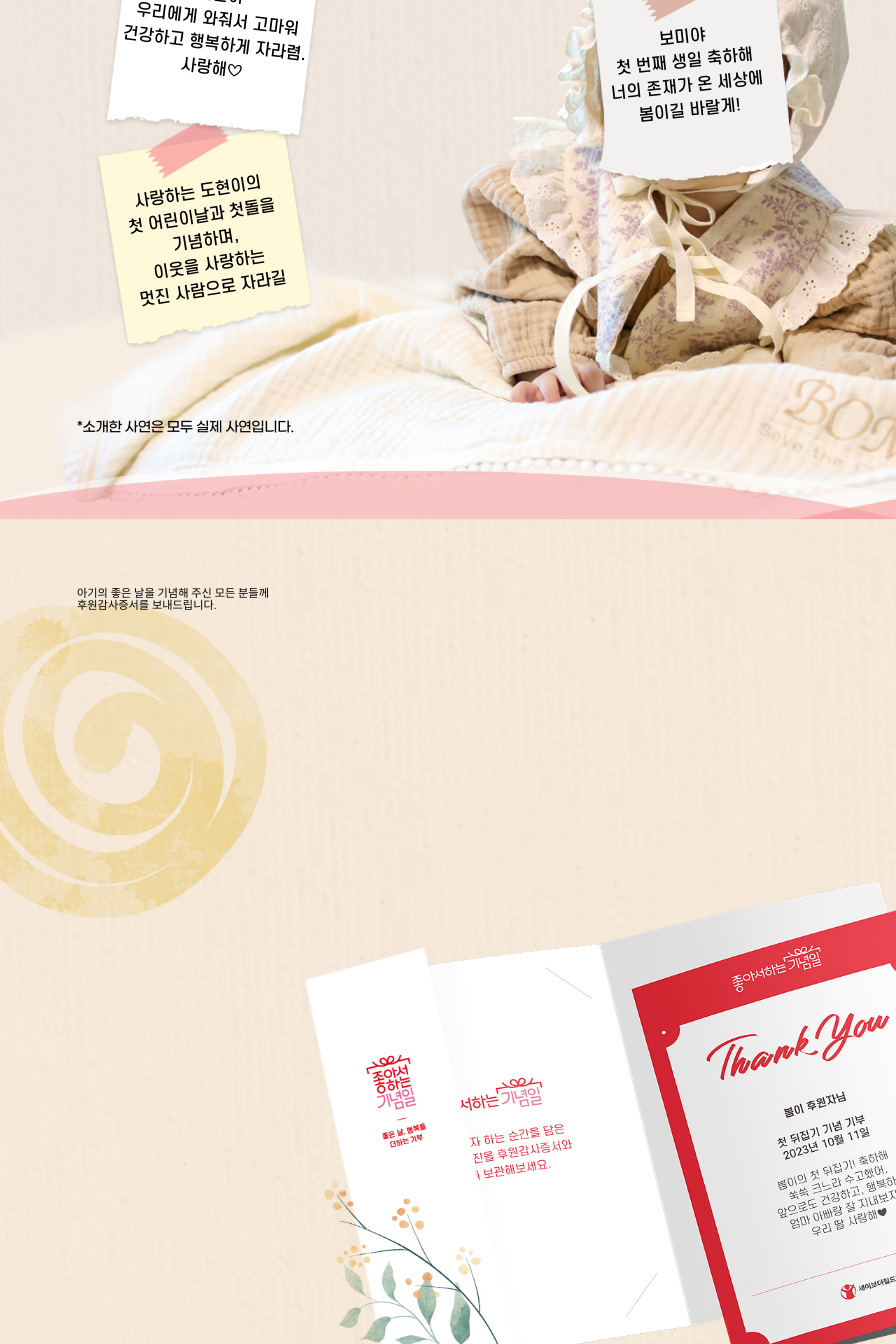
Repository: dlgywls1130/save_the_children
Page: index.html
The author's editor kept a copy of each file at every save. The page is drawn from the files as they stood at one save, then again after the next save.
The browser window is 1280 px wide. The pictures show the part of the page from y = 1679 to 3599 px (the page is 4840 px tall), at 70% of full size.

Above is the page before, as saved 2023-12-13 10:19:51.

### index.html
<!DOCTYPE html>
<html lang="en">
<head>
    <meta charset="UTF-8">
    <meta name="viewport" content="width=device-width, initial-scale=1.0">
    <title>세이브더칠드런</title>

    <link rel="stylesheet" href="./css/reset.css">
    <link rel="stylesheet" href="./css/style.css">
</head>
<body>
    <div class="content_body">
        <section class="section_wrapper section01">
            <div class="se01 se_wrapper">
                <div class="se01_sub">
                    <div class="sub_logo">
                        <img src="./img/logo01.png" alt="logo">
                    </div>
                    <p>우리 아기 좋은 날 기부</p>
                </div>
                <p class="seo01_title">
                    아가야,
                </p>
                <p class="seo01_title_two">
                    너의 <span>탄생</span> 순간을 축하해!
                </p>
                <p class="section_descript mb-45">
                    처음 아기의 심장 소리를 들었던 순간,
                    <br>여린 아가의 성장이 실감나던 배냇짓,
                    <br>기적 같았던 백일,
                    <br>그리고 아이의 첫 생일인 첫돌...
                </p>
                <p class="section_descript">
                    아이의 건강과 행복을 바라는 마음을 담아,
                    <br>내 아이의 소중한 순간을 기부로 기념해보세요.
                    <br>함께 자라나는 다른 아이들에게도 큰 축복이 됩니다.
                </p>

                <a class="donation_link" href="javascript:void(0)">우리 아기 좋은 날 기부</a>
            </div>
        </section>
        <section class="section_wrapper section02">
            <div class="se02 se_wrapper">
                <div class="postit_wrapper">
                    <div class="postit postit01">
                        <p>우리 아들 우현이의<br>
                        200일을 축하해.<br>
                        건강하게 자라줘서 고마워 ❤<br>
                        늘 사랑받고 받은 사랑만큼<br>
                        베풀 수 있는 건강하고<br>
                        멋진 아들이 되길 바래!</p>
                    </div>
                    <div class="postit postit02">
                        <p>우리 새로아<Br>
                        백일 동안 무럭무럭 자라줘서<Br>
                        고마워~앞으로도 건강하고<Br>
                        우리 같이 재미있게 많이 놀자.<Br>
                        엄마,아빠가 많이 사랑해.</p>
                    </div>
                    <div class="postit postit03">
                        <p>서진아<br>
                        우리에게 와줘서 고마워<br>
                        건강하고 행복하게 자라렴.<br>
                        사랑해♡      </p>
                    </div>
                    <div class="postit postit04">
                        <p>보미야<br>
                        첫 번째 생일 축하해<br>
                        너의 존재가 온 세상에<br>
                        봄이길 바랄게!   </p>
                    </div>
                    <div class="postit postit05">
                        <p>사랑하는 도현이의<br>
                        첫 어린이날과 첫돌을<br>
                        기념하며, <br>
                        이웃을 사랑하는<br>
                        멋진 사람으로 자라길</p>

                    </div>
                </div>
                <p class="ex_text">*소개한 사연은 모두 실제 사연입니다.</p>

            </div>
        </section>
        <section class="section_wrapper section03">
            <div class="se_wrapper se03">
                <div class="se03_title">
                    아기의 좋은 날을 기념해 주신 모든 분들께
                    <br>후원감사증서를 보내드립니다.
                </div>
            </div>

        </section>
        <section class="section_wrapper section04">

        </section>
        <section class="section_wrapper section05">

        </section>
        <section class="section_wrapper section06">

        </section>
        <section class="section_wrapper section07">

        </section>
        <section class="section_wrapper section08">

        </section>
    </div>
</body>
</html>

### css/reset.css


html, body, div, span, applet, object, iframe,
h1, h2, h3, h4, h5, h6, p, blockquote, pre,
a, abbr, acronym, address, big, cite, code,
del, dfn, em, img, ins, kbd, q, s, samp,
small, strike, strong, sub, sup, tt, var,
b, u, i, center,
dl, dt, dd, ol, ul, li,
fieldset, form, label, legend,
table, caption, tbody, tfoot, thead, tr, th, td,
article, aside, canvas, details, embed,
figure, figcaption, footer, header, hgroup,
menu, nav, output, ruby, section, summary,
time, mark, audio, video {
	margin: 0;
	padding: 0;
	border: 0;
	font-size: 100%;
	font: inherit;
	vertical-align: baseline;
}

article, aside, details, figcaption, figure,
footer, header, hgroup, menu, nav, section {
	display: block;
}
body {
	line-height: 1;
}
ol, ul {
	list-style: none;
}
blockquote, q {
	quotes: none;
}
blockquote:before, blockquote:after,
q:before, q:after {
	content: '';
	content: none;
}
table {
	border-collapse: collapse;
	border-spacing: 0;
}

### css/style.css

/* root */
:root{
    --main-color:#B17A60;
    --pink-color:#F79497;
}


/* font */

/* dongle */
@font-face {
    font-family: 'Dongle';
    font-weight: 300;
    src: url('../font/Dongle-Light.ttf') format('ttf'),
    url('../font/Dongle-Light.woff') format('woff');
}

@font-face {
    font-family: 'Dongle';
    font-weight: 500;
    src: url('../font/Dongle-Regular.ttf') format('ttf'),
    url('../font/Dongle-Regular.woff') format('woff');
}

@font-face {
    font-family: 'Dongle';
    font-weight: 700;
    src: url('../font/Dongle-Bold.ttf') format('ttf'),
    url('../font/Dongle-Bold.woff') format('woff');
}


/* Gmarket */
@font-face {
    font-family: 'GmarketSans';
    font-weight: 300;
    src: url('../font/GmarketSansLight.ttf') format('ttf'),
    url('../font/GmarketSansLight.woff') format('woff');
}

@font-face {
    font-family: 'GmarketSans';
    font-weight: 500;
    src: url('../font/GmarketSansMedium.ttf') format('ttf'),
    url('../font/GmarketSansMedium.woff') format('woff');
}

@font-face {
    font-family: 'GmarketSans';
    font-weight: 700;
    src: url('../font/GmarketSansBold.ttf') format('ttf'),
    url('../font/GmarketSansBold.woff') format('woff');
}


/* nanumsqure */

@font-face {
    font-family: 'NanumSquare';
    font-weight: 400;
    src: url('../font/NanumSquareL.ttf') format('ttf'),
    url('../font/NanumSquareL.woff') format('woff');
}

@font-face {
    font-family: 'NanumSquare';
    font-weight: 500;
    src: url('../font/NanumSquareR.ttf') format('ttf'),
    url('../font/NanumSquareR.woff') format('woff');
}

@font-face {
    font-family: 'NanumSquare';
    font-weight: 600;
    src: url('../font/NanumSquareB.ttf') format('ttf'),
    url('../font/NanumSquareB.woff') format('woff');
}

@font-face {
    font-family: 'NanumSquare';
    font-weight: 700;
    src: url('../font/NanumSquareEB.ttf') format('ttf'),
    url('../font/NanumSquareEB.woff') format('woff');
}



/* scdream5 */
@font-face {
    font-family: 'SCDream5';
    src: url('../font/SCDream5.woff') format('woff'),
    url('../font/SCDream5.ttf') format('ttf'),
    url('../font/SCDream5.otf') format('otf');
}


.section_wrapper{
    max-width:1920px;
    width: 100%;

}

.se_wrapper{
    max-width: 1060px;
    margin: 0 auto;
    width: 100%;
    position: relative;
}


/* common */
.mb-45{margin-bottom: 45px;}

/* section01 */


.section01{
    background: url('../img/back01.jpg') no-repeat;
    height: 1080px;

}

.se01{
    padding: 230px 0 70px;

}
.se01_sub{

    display: flex;
    align-items: center;
    margin-bottom: 30px;
}

.sub_logo{
    width: 198px;
    height: 65px;
    margin-right: 15px;
}

.sub_logo img{
    width: 100%;
    height: 100%;
    object-fit: contain;
}

.se01_sub p{
    width: 302px;
    height: 52px;
    background: #B17A60;
    border-radius: 20px;
    display: flex;
    align-items: center;
    justify-content: center;
    letter-spacing: -0.03em;
    font-size: 25px;
    font-weight: 700;
    font-family: 'GmarketSans',sans-serif;
    color: #fff;
}

.seo01_title{
    font-family: 'Dongle',sans-serif;
    font-weight: 500;
    font-size: 150px;
    color: var(--main-color);
    letter-spacing: -0.03em;
}

.seo01_title_two{
    font-family: 'Dongle',sans-serif;
    font-weight: 500;
    font-size: 120px;
    color: var(--main-color);
    letter-spacing: -0.03em;
    margin-top: -4%;
    margin-bottom: 50px;
}

.section_descript{
    font-size: 25px;
    line-height: 35px;
    font-family: 'GmarketSans';
    font-weight: 500;
    letter-spacing: -0.03em;
    color: #000;
}

.donation_link{
    width: 560px;
    height: 75px;
    border-radius: 100px;
    display: flex;
    align-items: center;
    justify-content: center;
    background: var(--pink-color);
    color: #fff;
    font-family: 'GmarketSans';
    font-size: 35px;
    font-weight: 700;
    letter-spacing: -0.03em;
    text-decoration: none;
    margin: 45px auto 0;
}
/* section02 */

.section02{
    height: 1340px;
    background: url('../img/back03.jpg') no-repeat;
}

.se02{
    padding: 76px 0 96px;
    height: 100%;
}
.postit_wrapper{
    width: 100%;
    position: relative;
    height: 1123px;
}

.ex_text{
    font-family: 'GmarketSans';
    font-size: 20px;
    font-weight: 500;
    letter-spacing: -0.03em;
}

.postit {
    position: absolute;
}
.postit p{
    font-family: 'SCDream5';
    font-size: 23px;
    line-height: 35px;
    text-align: center;
    display: flex;
    justify-content: center;
    align-items: center;
    height: 100%;
}

.postit01{
    background:url('../img/post04.png') no-repeat;
    width: 438px;
    height: 438px;
    background-size: contain;
    box-sizing: border-box;
    left: 64px;
    top: 0;

}

.postit01 p{
    transform: rotate(358deg);
    padding-top: 20px;
}

.postit02{
    background: url('../img/post05.png') no-repeat;
    width: 450px;
    height: 450px;
    background-size: contain;
    box-sizing: border-box;
    top: 0;
    right: 0;

}

.postit02 p{
    transform: rotate(10deg);
    padding-top: 20px;
}

.postit03{
    background:url('../img/post02.png') no-repeat;
    width: 400px;
    height: 400px;
    background-size: contain;
    box-sizing: border-box;
    left: 0;
    top: 31%;
    z-index: 1;
}

.postit03 p{
    transform: rotate(7deg);
    padding-top: 20px;
}

.postit04{
    background: url(../img/post03.png) no-repeat;
    width: 380px;
    height: 380px;
    background-size: cover;
    box-sizing: border-box;
    top: 39%;
    right: 0;
}

.postit04 p{
    transform: rotate(354deg);
}

.postit05{
    background:url('../img/post01.png') no-repeat;
    width: 390px;
    height: 390px;
    background-size: contain;
    box-sizing: border-box;
    top: 58%;
    left: -13px;
}

.postit05 p{
    transform: rotate(-9deg);
    padding-top: 20px;
}

/* section03 */

.section03{
    height: 1340px;
    background: url('../img/back04.jpg') no-repeat;
}

.se03{
    padding: 99px 0 96px;
    height: 100%;
}


/* section04 */

.section04{
    height: 1080px;

}

/* section05 */

/* section06 */

/* section07 */

/* section08 */

After the next save:
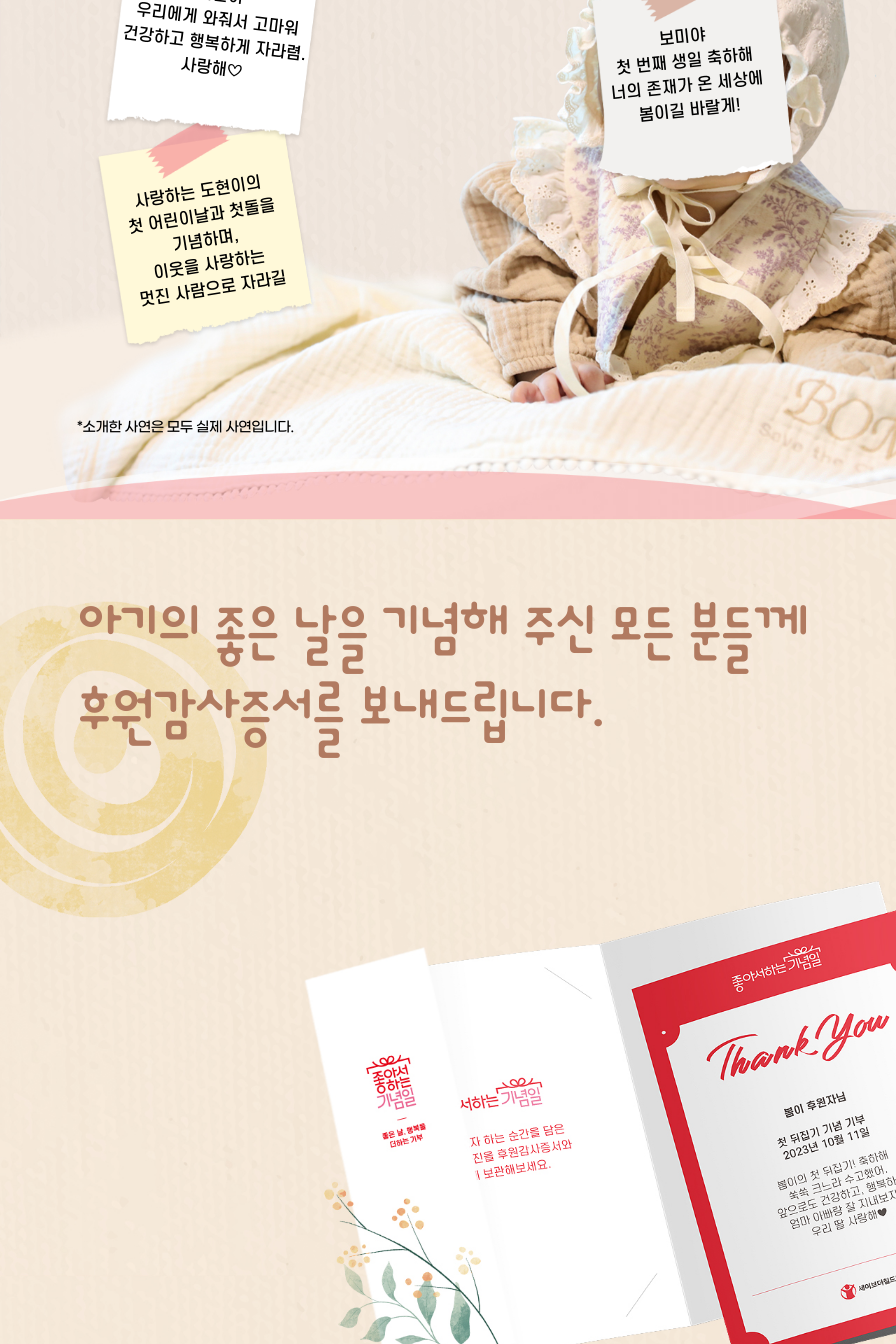
Saved 65 s later.
--- a/css/style.css
+++ b/css/style.css
@@ -330,6 +330,15 @@
 }
 
 
+.se03_title{
+    font-size: 120px;
+    line-height: 120px;
+    letter-spacing: -0.03em;
+    font-family: 'Dongle';
+    font-weight: 500;
+    color: var(--main-color);
+}
+
 /* section04 */
 
 .section04{
